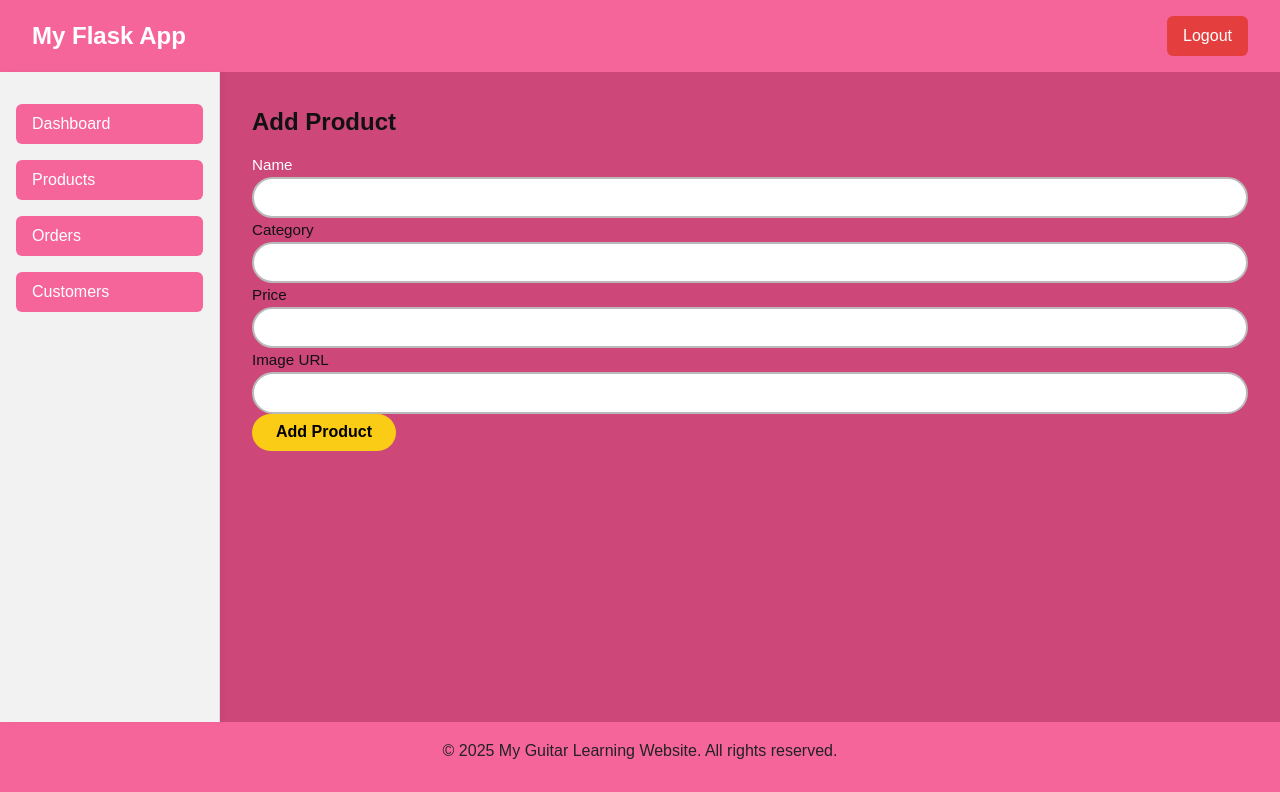
Repository: rywkoo/LearnGuitar
Page: templates/admin/addproduct.html
The author's editor kept a copy of each file at every save. The page is drawn from the files as they stood at one save, then again after a run of saves.
The browser window is 1280 px wide. The pictures show the whole page.
The page is served by the project's application, run on Flask 3 (app.py). The template is opened directly, without the code that normally fills it, so the values that code supplies are empty.

Above is the page before, as saved 2025-08-25 19:55:10.

After the next 3 saves:
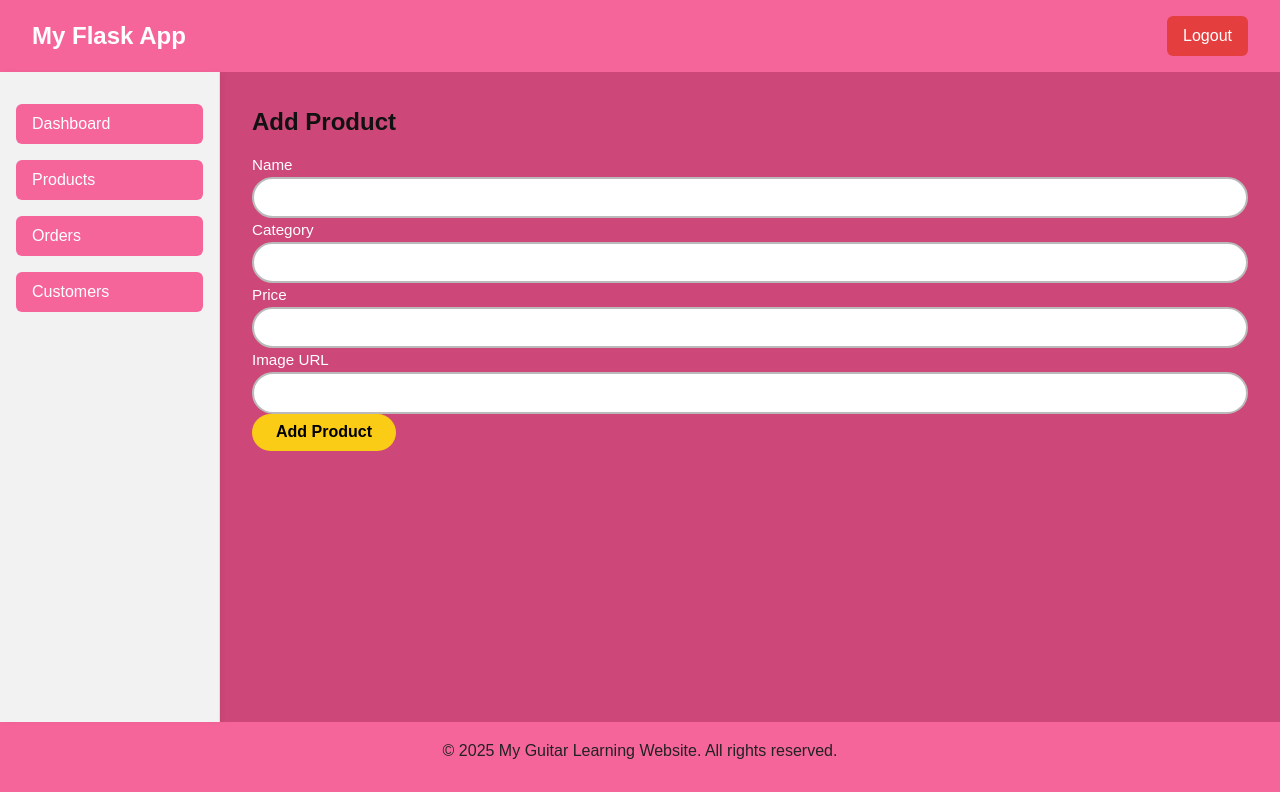
The 3 saves are shown as one change because they came seconds apart.
The last was saved 10 s later.
--- a/templates/admin/addproduct.html
+++ b/templates/admin/addproduct.html
@@ -11,15 +11,15 @@
             <input class="input" type="text" name="name" class="form-control" required>
         </div>
         <div class="mb-3">
-            <label>Category</label>
+            <label style="color: white;" >Category</label>
             <input class="input" type="text" name="category" class="form-control" required>
         </div>
         <div class="mb-3">
-            <label>Price</label>
+            <label style="color: white;" >Price</label>
             <input class="input" type="number" name="price" class="form-control" required>
         </div>
         <div class="mb-3">
-            <label>Image URL</label>
+            <label style="color: white;" >Image URL</label>
             <input class="input" type="text" name="image" class="form-control" required>
         </div>
         <button class="btn btn-primary" type="submit">Add Product</button>
